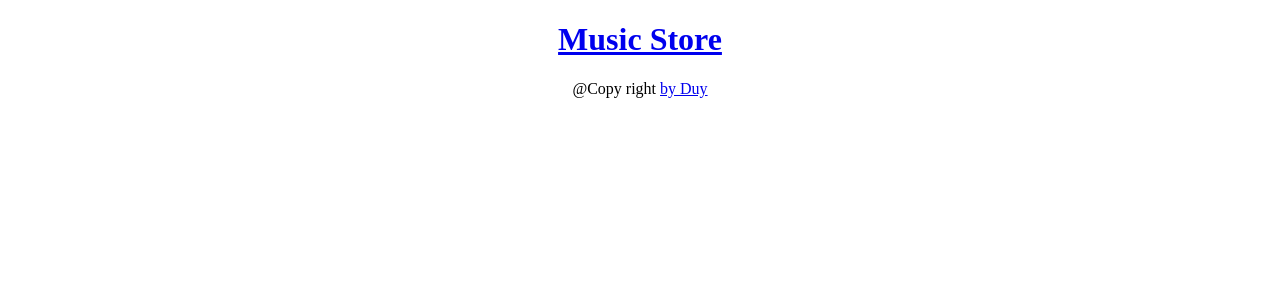
Repository: OnlyLight/Dua_Thu
Page: http://localhost/MusicStore/admin
The author's editor kept a copy of each file at every save. The page is drawn from the files as they stood at one save, then again after the next save.
The browser window is 1280 px wide. The pictures show the whole page.
The page is served by Tomcat 9.

Above is the page before, as saved 2018-05-13 07:45:32.

After the next save:
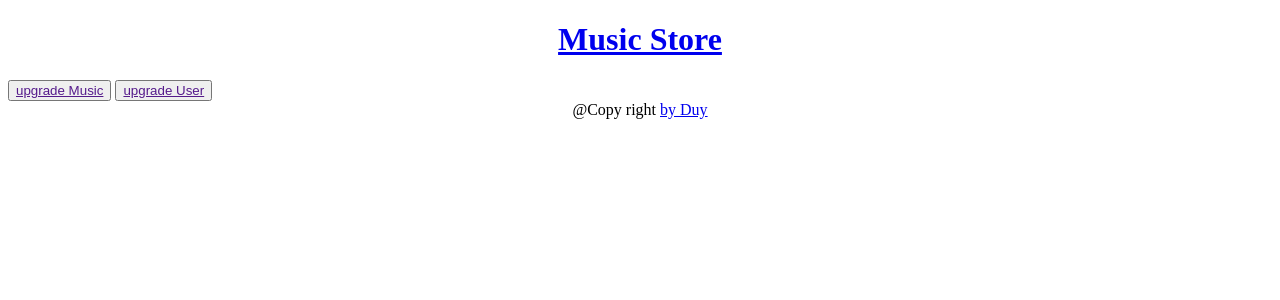
Saved 112 s later.
--- a/JavaWeb/MusicStore/src/main/webapp/WEB-INF/views/admin.jsp
+++ b/JavaWeb/MusicStore/src/main/webapp/WEB-INF/views/admin.jsp
@@ -8,6 +8,8 @@
 </head>
 <body>
 	<jsp:include page="_header.jsp"></jsp:include>
+	<button><a href="">upgrade Music</a></button>
+	<button><a href="">upgrade User</a></button>
 	<jsp:include page="_footer.jsp"></jsp:include>
 </body>
 </html>
